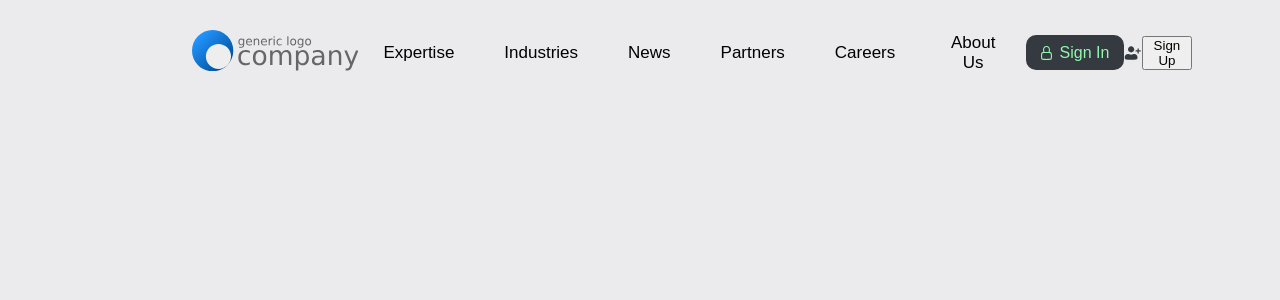
Repository: Andriy-Ma/widgetTask
Page: /
An editor plug-in stored every save of this project. The page is shown before and after the next save, followed by the edit.
The browser window is 1280 px wide. The pictures show the whole page.
The project was rebuilt for these pictures with package versions that can differ from the ones it lists, and the page was loaded fresh each time.

Above is the page before, as saved 2022-08-29 17:04:48.

After the next save:
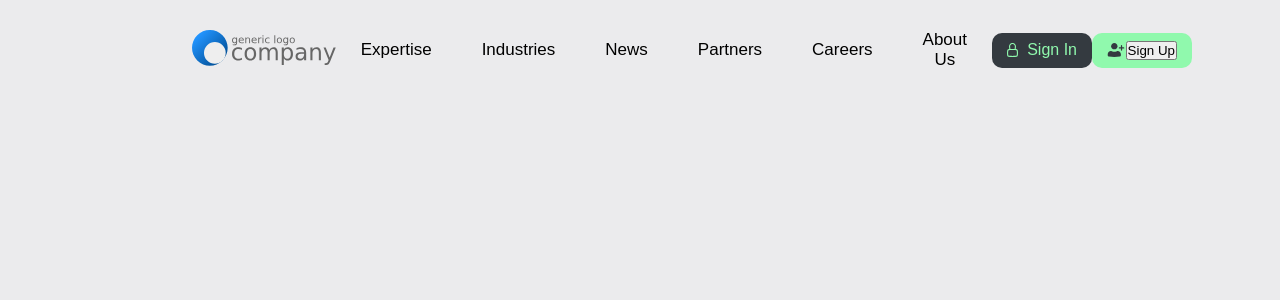
Saved 4 s later.
--- a/src/components/Header/header.module.css
+++ b/src/components/Header/header.module.css
@@ -43,4 +43,10 @@
     display: flex;
     justify-content: space-between;
     align-items: center;
+    color: #343A40;
+    background-color: #90F9AD;
+    padding: 0px 15px;
+    border-radius: 10px;
+    width: 100px;
+    height: 35px;
 }
